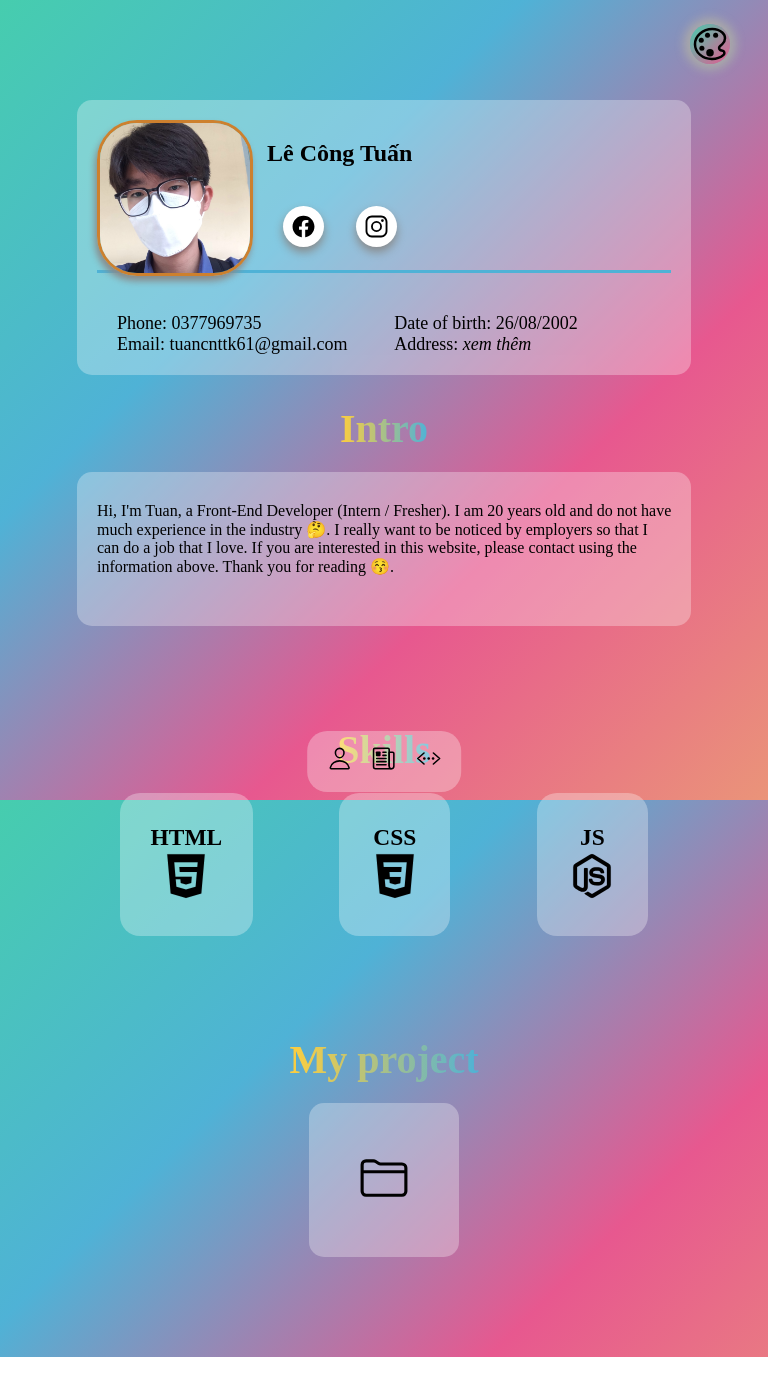
Repository: LeCongTuan2608/Profile
Page: index.html
An editor plug-in stored every save of this project. The page is shown before and after the next save, followed by the edit.
The browser window is 768 px wide. The pictures show the whole page.
Backgrounds fixed to the window are drawn as part of the page. The style sheet was rebuilt from its Sass, Less or Tailwind sources for each picture, by a compiler version that may differ from the author's.

Above is the page before, as saved 2022-05-05 12:25:27.

After the next save:
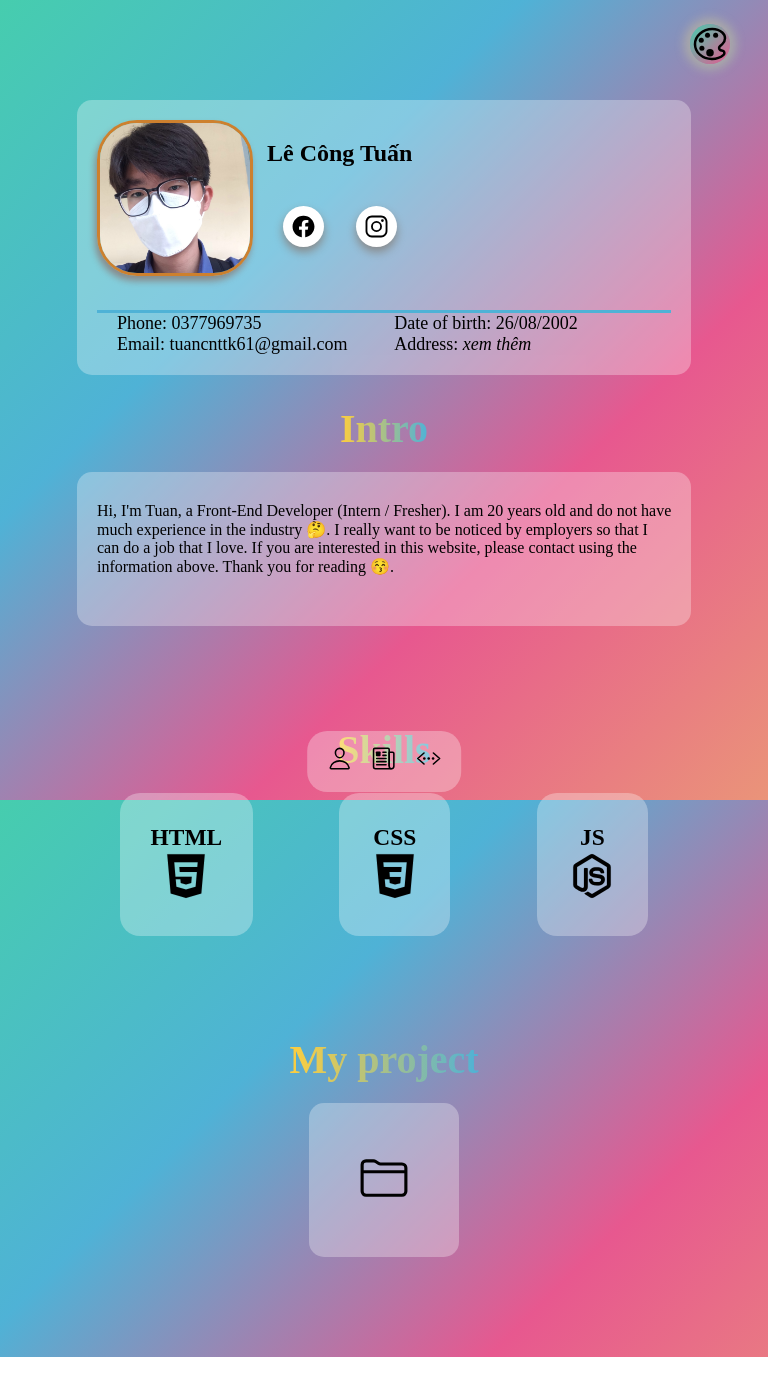
Saved 10 s later.
--- a/sass/style.scss
+++ b/sass/style.scss
@@ -418,6 +418,6 @@ background-color: #a5e296;
         border-bottom: 3px solid;
         border-color: #4fb2d6;
         padding-right: 20px;
-        margin-bottom: 40px;
-    }
-}
+        padding-bottom: 40px;
+    }
+}
